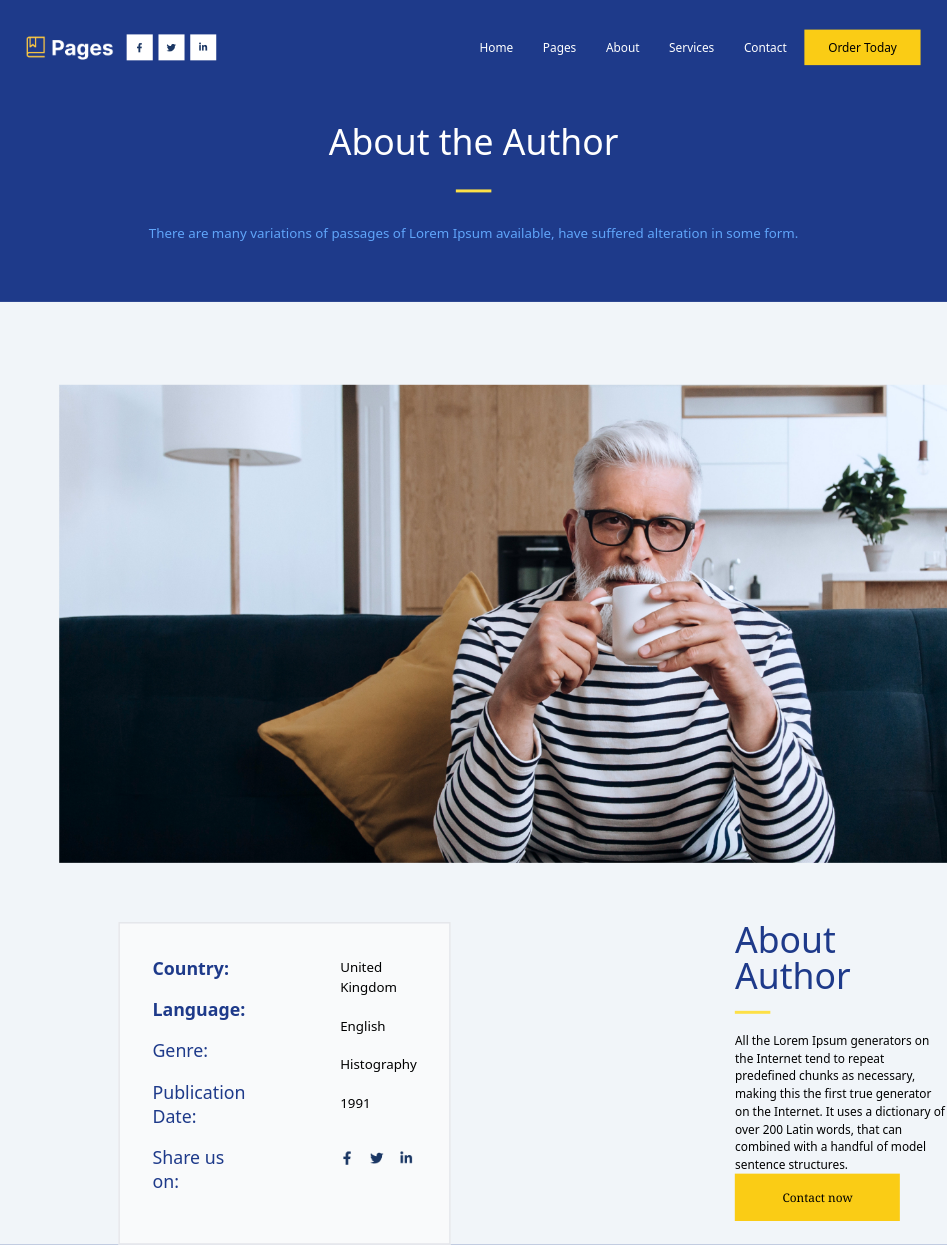
Repository: Godnorg/Class3
Page: index.html
An editor plug-in stored every save of this project. The page is shown before and after the next save, followed by the edit.
The browser window is 1280 px wide. The pictures show the whole page, at 74% of full size.
Some web libraries are served in a nearby version.

Above is the page before, as saved 2023-02-20 02:46:11.

After the next save:
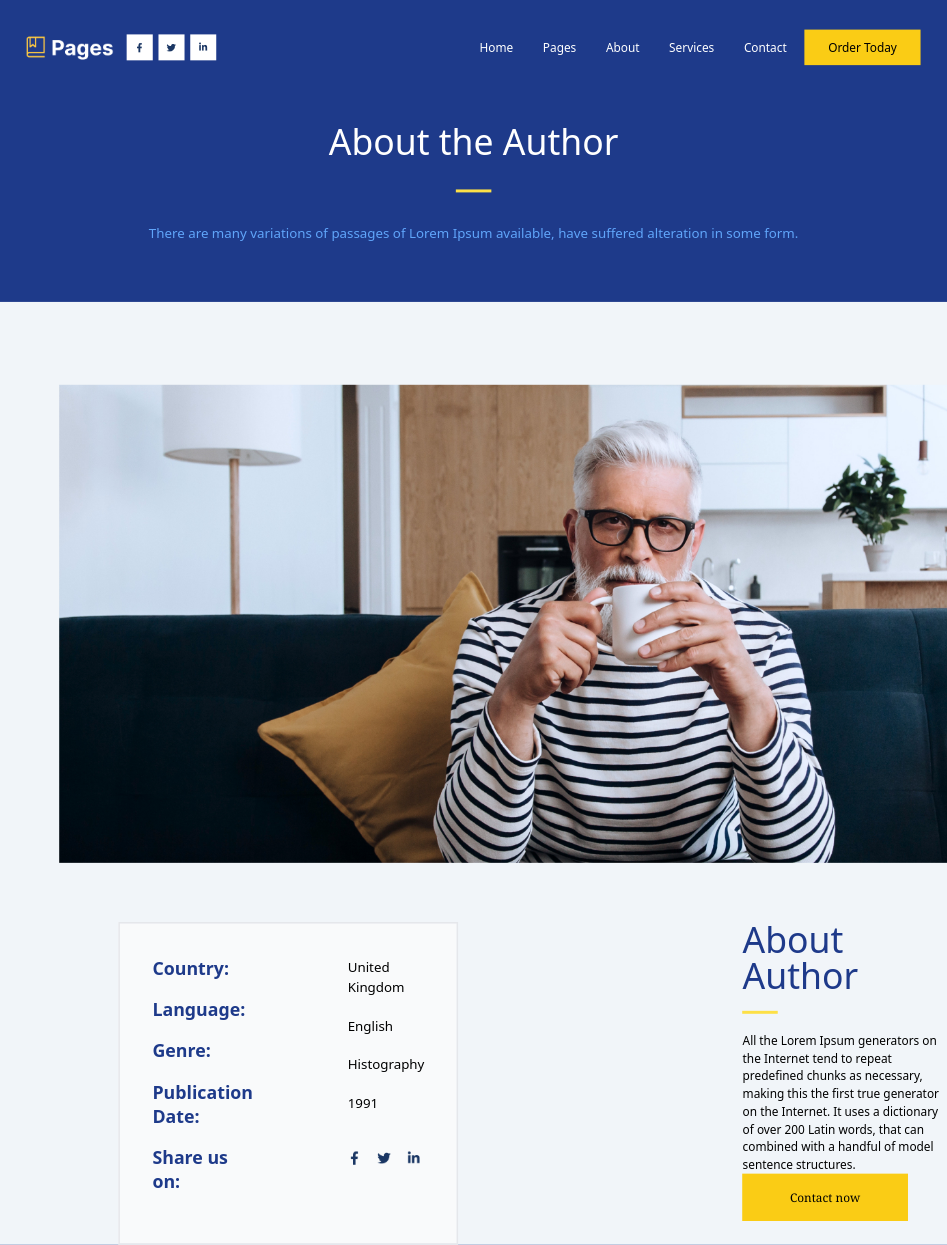
Saved 7 s later.
--- a/index.html
+++ b/index.html
@@ -42,9 +42,9 @@
                 <div class="pr-32">
                 <h2 class="pb-6 text-2xl font-bold text-blue-900">Country:</h2>
                 <h2 class="pb-6 text-2xl font-bold text-blue-900">Language:</h2>
-                <h2 class="pb-6 text-2xl text-blue-900">Genre:</h2>
-                <h2 class="pb-6 text-2xl text-blue-900">Publication Date:</h2>
-                <h2 class="pb-6 text-2xl text-blue-900">Share us on:</h2>
+                <h2 class="pb-6 text-2xl font-bold text-blue-900">Genre:</h2>
+                <h2 class="pb-6 text-2xl font-bold text-blue-900">Publication Date:</h2>
+                <h2 class="pb-6 text-2xl font-bold text-blue-900">Share us on:</h2>
                 </div>
                 <div class="p-0">
                 <p class="pb-6 pr-0 text-lg">United Kingdom</p>
